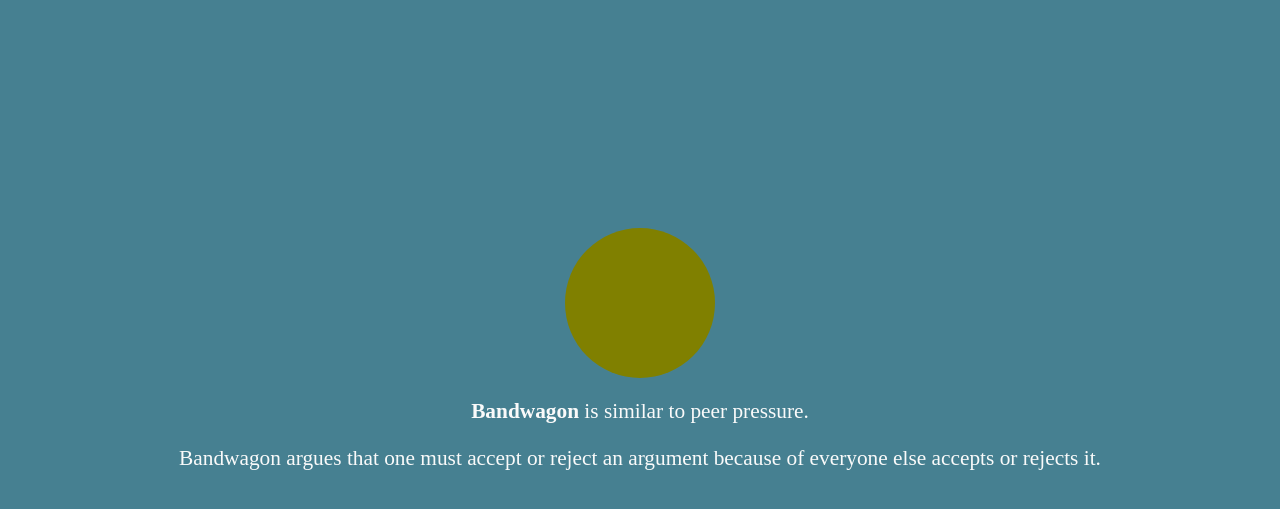
Repository: cindyvunguyen/fallacy
Page: index.html
These files come from the project's save history. The page is drawn as it stood at one moment and after the next save; the edit follows.
The browser window is 1280 px wide. The pictures show the whole page.
Some web fonts or font styles are not loaded; a fallback is used.

Above is the page before, as saved 2020-03-13 19:54:33.

### index.html
<!DOCTYPE html>
<html lang="en">
<head>
    <meta charset="UTF-8">
    <meta name="viewport" content="width=device-width, initial-scale=1.0">
    <title>FALLACIES</title>
    <link href="style.css" rel="stylesheet" type="text/css">
</head>
<body>
    <div id="app">

        <!-- CINDY START -->

        <div id="home-page"></div>

        <div id="lets-start-page"></div>

        <div id="question-page"></div>

        <!-- CINDY END -->

        <!-- SOPHIA START -->

        <!-- when making it one page -->

        <div id="correct-incorrect-page">
            <div id="icon"></div>
            <div id="cip-text1">HORRAY!</div> <!-- incorrect, change to "oh no!" -->
            <div id="cip-a-outcome">
                <div id="cip-text2">You avoided the</div> <!-- icorrect, change to "you committed the"-->
                <div id="cip-fallacy">BANDWAGON FALLACY</div>
                <div id="cip-text2">which is</div>
            </div>
            <div id="cip-definition">Listening to what is popular instead of listening to yourself.</div>
            <button class="white-button" onclick="incorrectPage()">NEXT QUESTION</button> <!-- placeholder for js page switch-->
        </div>

        <div id="results-page">
            <div id="rp-text">
                <div id="rp-message">YOU GOT...</div> <!-- game over, change to "game over" -->
                <div id="rp-results"># out of 10 scenarios</div>  <!-- game over, change to "you commited too many fallacies" -->
                <div id="rp-congrats">AMAZING JOB!</div> <!-- game over, message disappears -->
            </div>
            <button class="grey-button" onclick="gameOver()">VIEW FALLACIES</button>
        </div>

        <!-- SOPHIA END -->

        <!-- CHLOE START -->

        <div id="review-page">
            <div id="rp-text">LET'S SUM UP<br>WHAT WE'VE GOT SO FAR!</div>
        </div>

        <!-- <div id="review2-page">
            <span id="r2-bold">A fallacy</span> is when someone is using <span id="r2-emphasis"> bad reasoning</span> when trying to make a point or argument.
        </div> -->

        <div id="fallacy-review-page"></div>

        <div id="three-fallacies-page">
            <div id="icon"></div>
            <div id="tfp-text">
                <p><b>Bandwagon</b> is similar to peer pressure.</p>
                <p>Bandwagon argues that one must accept or reject an argument because of everyone else accepts or rejects it.</p>
            </div>
        </div>
        <!-- change the page's content with JS to show all three fallacies when clicked -->

        <!-- CHLOE END -->
        <script src="js.js"></script>
    </div>
</body>
</html>

### style.css
body {
    margin: 0;
}

#app {
    width: 100vw;
    height: 100vh;
    font-family: Visby;
    background-color: #468091;
    color: #FAFAFA;
}

@font-face {
    font-family: Visby;
    src: url(fonts/VisbyRoundCF-Regular.otf) format("woff");
}

@font-face {
    font-family: Visby;
    src: url(fonts/VisbyRoundCF-ExtraBold.otf) format("woff");
    font-weight: bold;
}

.pink-button {
    height: 100px;
    width: 700px;
    background-color: #ed2265;
    border: 0px;
    border-radius: 75px;
    font-family: Visby;
    font-weight: bold;
    font-size: 36pt;
    color: #FAFAFA;
    outline: 0;
}

.pink-button:active {
    background-color: #9c1542;
}

.white-button {
    height: 100px;
    width: 700px;
    background-color: #FAFAFA;
    border: 0px;
    border-radius: 75px;
    font-family: Visby;
    font-weight: bold;
    font-size: 36pt;
    color: #303030;
    outline: 0;
}

.white-button:active {
    background-color: #9e9e9e;
}

.grey-button {
    height: 100px;
    width: 700px;
    background-color: #303030;
    border: 0px;
    border-radius: 75px;
    font-family: Visby;
    font-weight: bold;
    font-size: 36pt;
    color: #FAFAFA;
    outline: 0;
}

.grey-button:active {
    background-color: #000000;
}

/* CINDY START */

/* CINDY END */

/* SOPHIA START */

/* correct page */
#correct-incorrect-page {
    width: 100vw;
    height: 100vh;
    /* display: flex; */
    display: none;
    flex-direction: column;
    align-items: center;
    justify-content: center;
    background-color: #6eb748; /* incorrect, change to #860000*/
}

#icon {
    background-color: olive;
    width: 150px;
    height: 150px;
    border-radius: 50%;
}

#cip-text1 {
    font-size: 36pt;
    font-weight: bold;
    padding: 35px 0;
}

#cip-text2 {
    font-size: 16pt;
    font-weight: bold;
}

#cip-fallacy {
    font-size: 36pt;
    font-weight: bold;
}

#cip-definition {
    font-size: 16pt;
    line-height: 150px;
}

#cip-a-outcome {
    line-height: 60px;
    display: flex;
    flex-direction: column;
    align-items: center;
    justify-content: center;
}

/* results page */
#results-page {
    width: 100vw;
    height: 100vh;
    /* display: flex; */
    display: none;
    flex-direction: column;
    align-items: center;
    justify-content: center;
    /* background-color: #860000; */ /* for game over page when combined */
}

#rp-text {
    padding: 0 0 75px 0;
    line-height: 75px;
    display: flex;
    flex-direction: column;
    align-items: center;
    justify-content: center;
}

#rp-message {
    font-size: 48pt;
    font-weight: bold;
}

#rp-results {
    font-size: 16pt;
    font-weight: bold;
}

#rp-congrats {
    font-size: 48pt;
    font-weight: bold;
}

/* SOPHIA END */

/* CHLOE START */

/* review page */
#review-page {
    width: 100vw;
    height: 100vh;
    /* display: flex; */
    display: none;
    flex-direction: column;
    align-items: center;
    justify-content: center;
    }

/* #rp-text {
    font-size: 48pt;
    font-weight: bold;
    text-align: center;
}


#r2-bold {
    font-weight: bold;
} */

#text-emphasis {
    color: #F5FD37;
}

#three-fallacies-page {
    width: 100vw;
    height: 100vh;
    display: flex;
    /* display: none; */
    flex-direction: column;
    align-items: center;
    justify-content: center;
}

#tfp-text {
    font-size: 16pt;
    text-align: center;
}

/* CHLOE END */

### js.js
// CINDY START

// CINDY END

// SOPHIA START

//            fallacy:"BANDWAGON FALLACY",
//            definition:"Listening to what is popular instead of listening to yourself."

//            fallacy:"APPEAL TO EMOTIONS",
//            definition:"Using people's feelings to convince them or win an argument."

//            fallacy:"AD HOMINEM",
//            definition:"Attacking someone instead of listening to what they're saying."

function incorrectPage() {
    document.querySelector("#correct-incorrect-page").style.backgroundColor = "#860000";
    document.querySelector("#cip-text1").innerText = "OH NO!";
    document.querySelector("#cip-text2").innerText = "You committed the";
    document.querySelector("#icon").style.backgroundColor = "#b34c20";
}

function gameOver() {
    document.querySelector("#results-page").style.backgroundColor = "#860000";
    document.querySelector("#rp-message").innerText = "GAME OVER";
    document.querySelector("#rp-results").innerText = "You committed too many fallacies";
    document.querySelector("#rp-congrats").style.display = "none";
}

// SOPHIA END

// CHLOE START

// CHLOE END

After the next save:
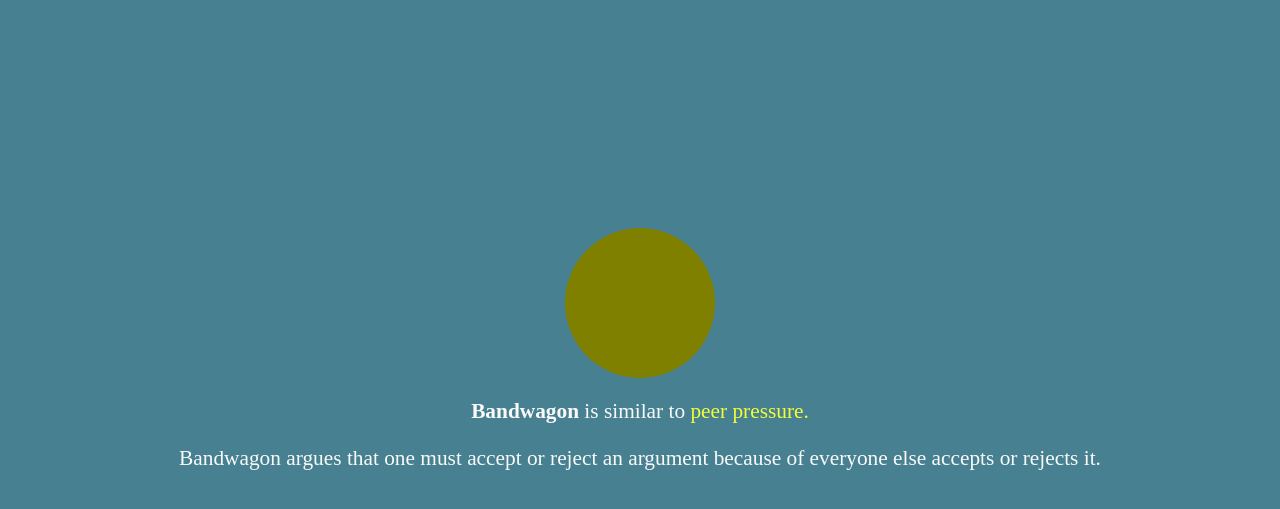
Saved 18 s later.
--- a/index.html
+++ b/index.html
@@ -61,7 +61,7 @@
         <div id="three-fallacies-page">
             <div id="icon"></div>
             <div id="tfp-text">
-                <p><b>Bandwagon</b> is similar to peer pressure.</p>
+                <p><b>Bandwagon</b> is similar to <span id="text-emphasis">peer pressure.</span></p>
                 <p>Bandwagon argues that one must accept or reject an argument because of everyone else accepts or rejects it.</p>
             </div>
         </div>
